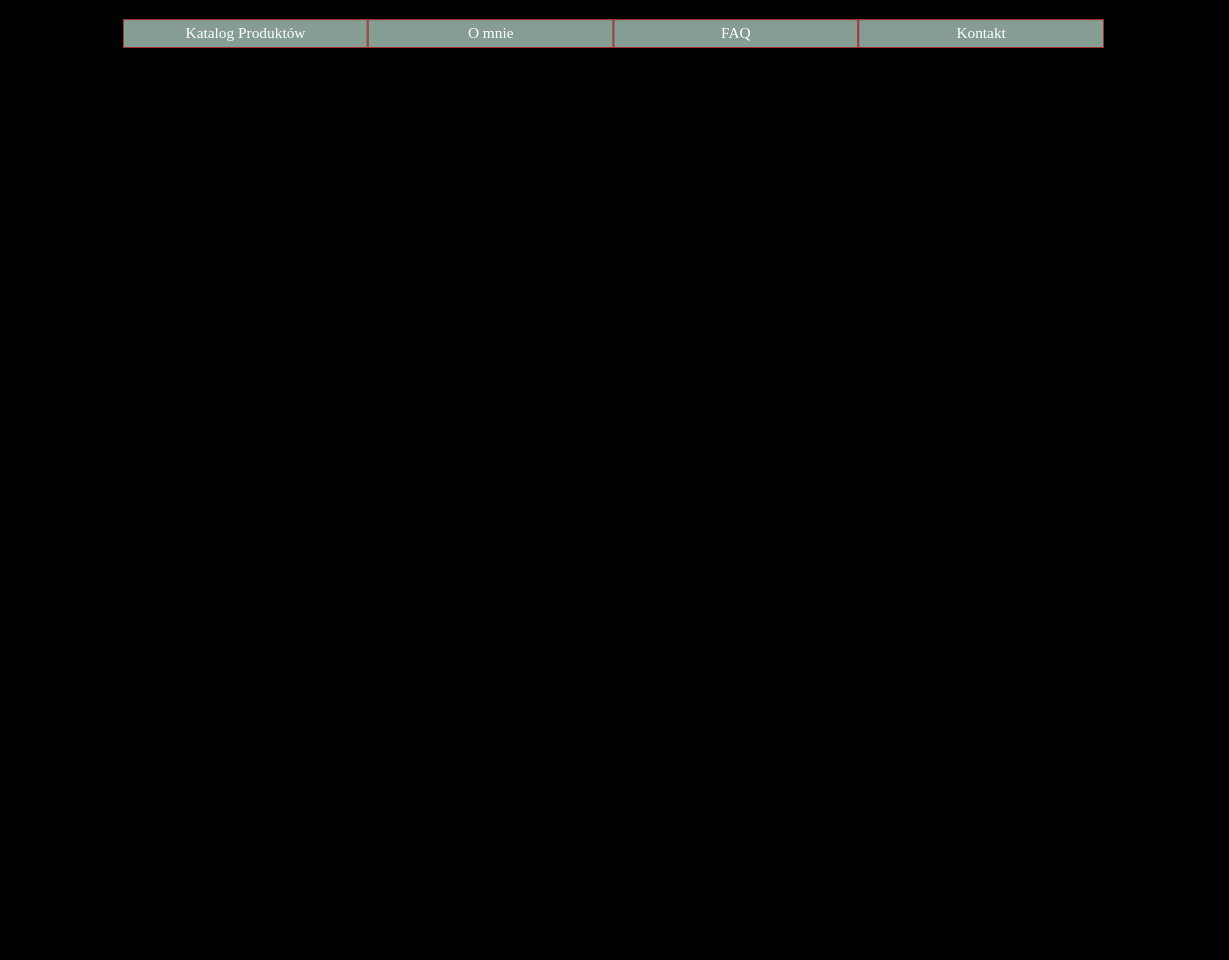
Repository: kowalkos/Rak_projekt
Page: /
An editor plug-in stored every save of this project. The page is shown before and after the next save, followed by the edit.
The browser window is 1280 px wide. The pictures show the whole page, at 96% of full size.
The project was rebuilt for these pictures with package versions that can differ from the ones it lists, and the page was loaded fresh each time.

Above is the page before, as saved 2021-12-15 18:57:34.

After the next save:
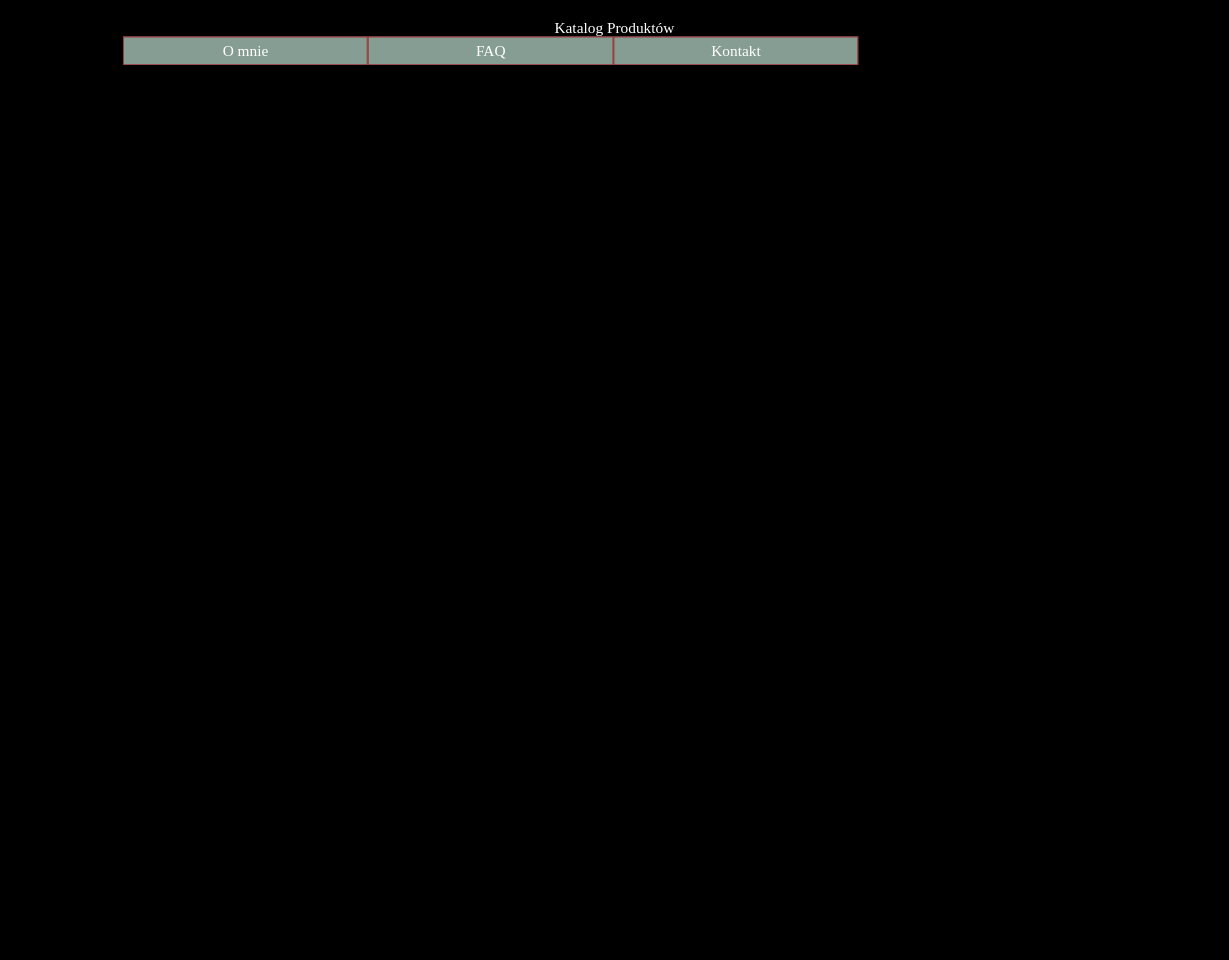
Saved 33 s later.
--- a/src/components/navbar/NavBar.js
+++ b/src/components/navbar/NavBar.js
@@ -4,7 +4,7 @@ import './NavBar.css';
 function NavBar(props) {
 
     return <div className='main-nav-bar' >
-        <div className='nav-bar'>
+        <div className='nav-bar__roll-down'>
             Katalog Produktów
         </div >
         <div className='nav-bar'>

After the 3 saves that followed:
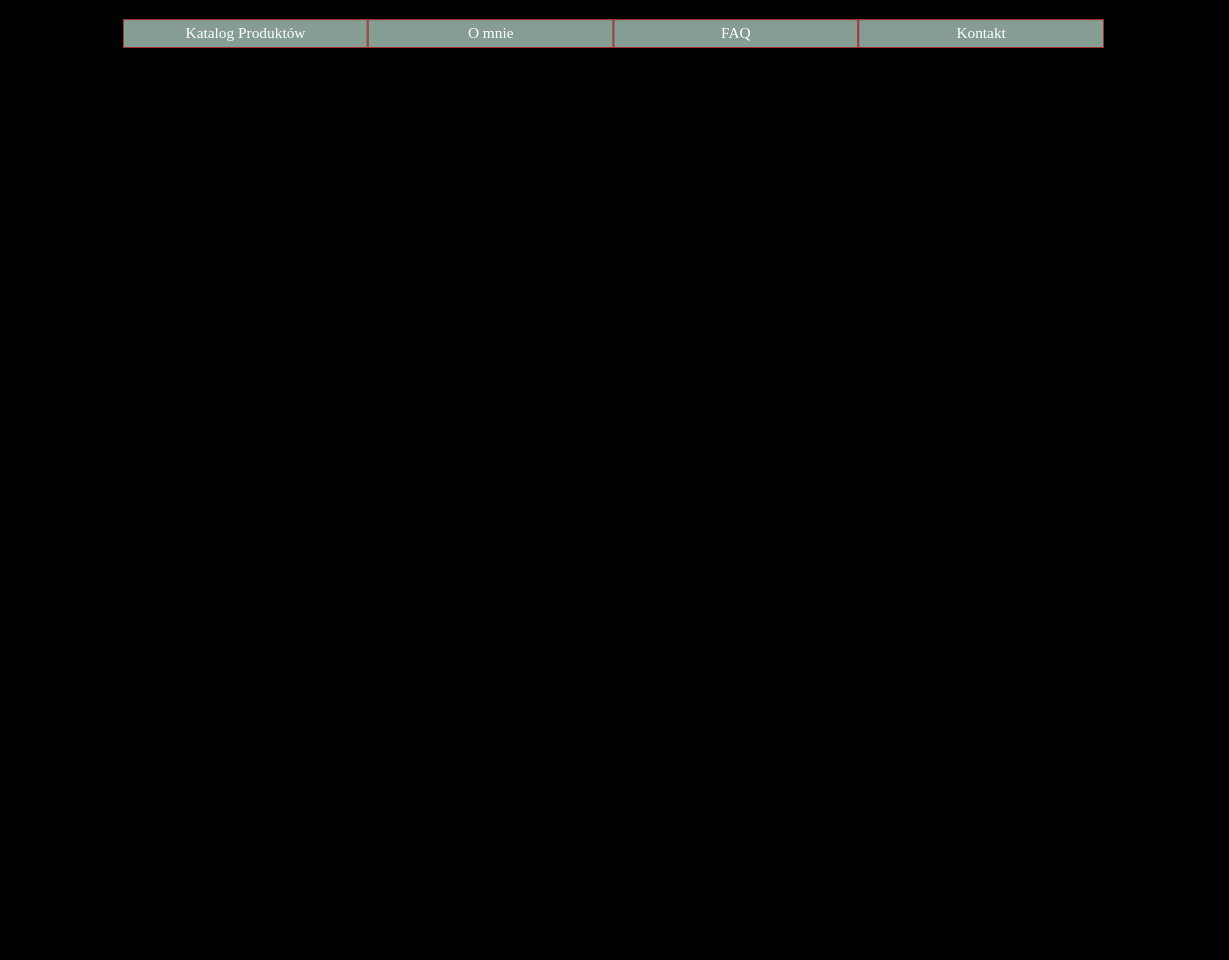
The 3 saves are shown as one change because 2 left the picture as it was.
The last was saved 3 min 11 s later.
--- a/src/components/navbar/NavBar.css
+++ b/src/components/navbar/NavBar.css
@@ -25,7 +25,23 @@
     border: 1px solid brown;
     transform: translateY(-100%);
 }
+.nav-bar__roll-down
+{
+    float: left;
+    width:calc(99%/4);
+    padding-top: 5px;
+    padding-bottom: 5px;
+    background-color: rgb(134, 157, 148);
+    border: 1px solid brown;
+}
 .nav-bar__roll-down:hover .nav-bar__inside
 {
-    transform: translateY(0);
+
+    float: left;
+    width:calc(99%/4);
+    padding-top: 5px;
+    padding-bottom: 5px;
+    background-color: rgb(134, 157, 148);
+    border: 1px solid brown;
+    transform: translateY(-100%);
 }
